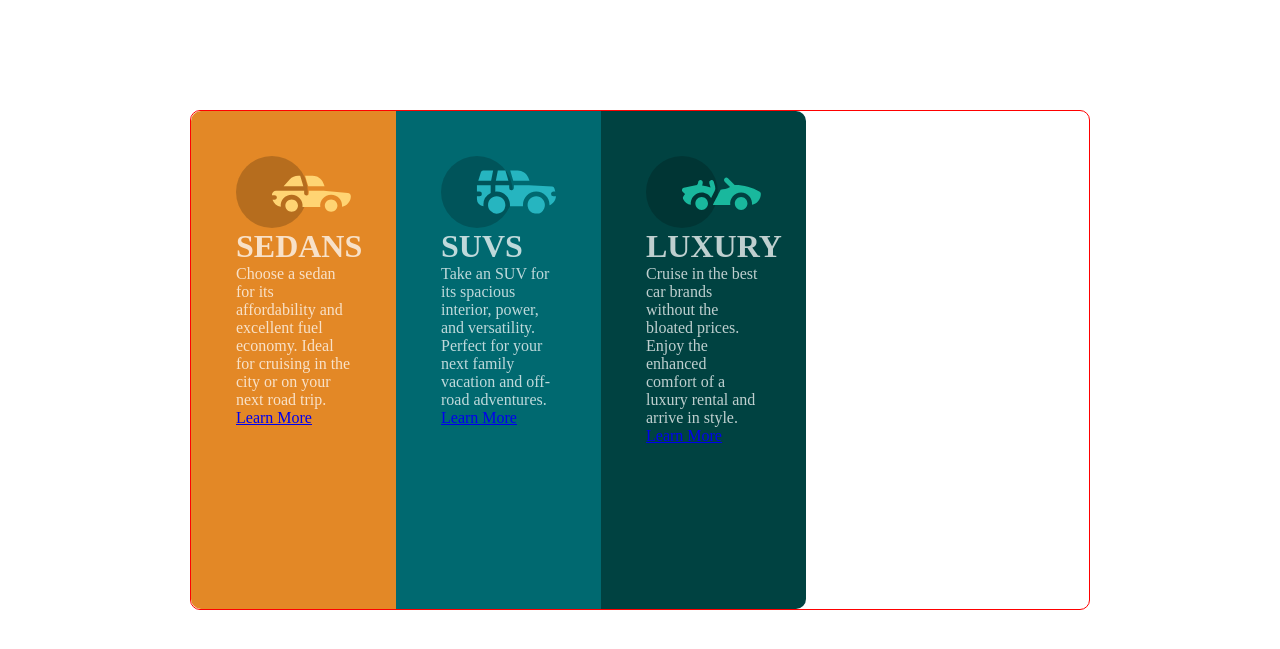
Repository: KamoliddinGIT/column-preview-card
Page: index.html
The author's editor kept a copy of each file at every save. The page is drawn from the files as they stood at one save, then again after the next save.
The browser window is 1280 px wide. The pictures show the whole page.

Above is the page before, as saved 2023-09-15 16:31:59.

After the next save:
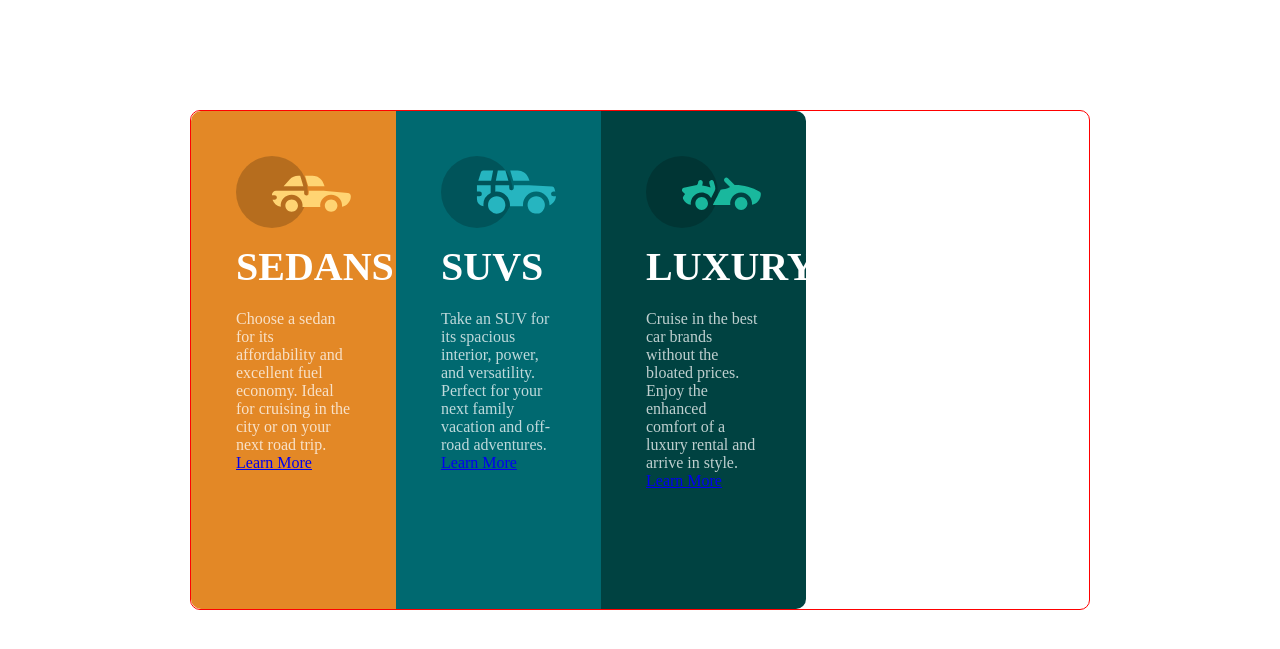
Saved 40 s later.
--- a/css/style.css
+++ b/css/style.css
@@ -51,3 +51,12 @@
   display: flex;
   flex-direction: column;
 }
+
+.card h1 {
+  font-family: var(--heading-font);
+  color: #fff;
+  text-transform: uppercase;
+  margin-top: 15px;
+  margin-bottom: 20px;
+  font-size: 40px;
+}
